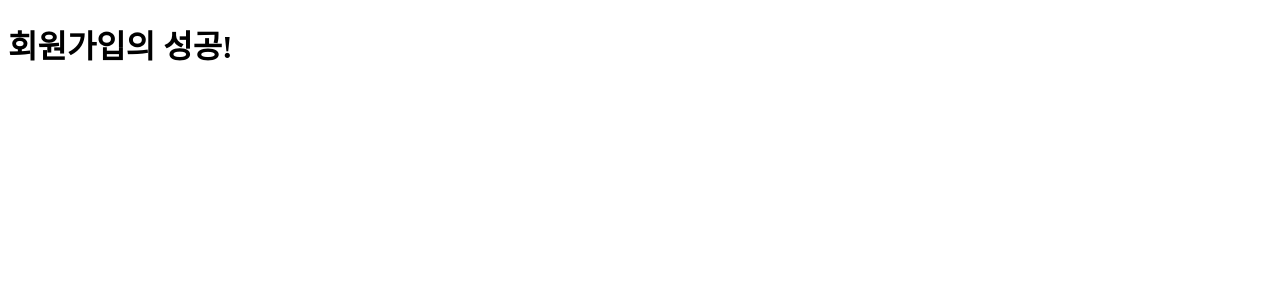
Repository: whdghks9241/Servlet-JSP-Workspace
Page: http://localhost/join/register_success.jsp
The author's editor kept a copy of each file at every save. The page is drawn from the files as they stood at one save, then again after the next save.
The browser window is 1280 px wide. The pictures show the whole page.
The page is served by Tomcat 9. Other server files are loaded and not shown.

Above is the page before, as saved 2023-11-07 02:16:20.

### join/src/main/webapp/register_success.jsp
<%@ page language="java" contentType="text/html; charset=EUC-KR"
    pageEncoding="EUC-KR"%>
<!DOCTYPE html>
<html>
<head>
<meta charset="EUC-KR">
<title>Insert title here</title>
</head>
<body>
<h1>회원가입의 성공!</h1>
</body>
</html>

After the next save:
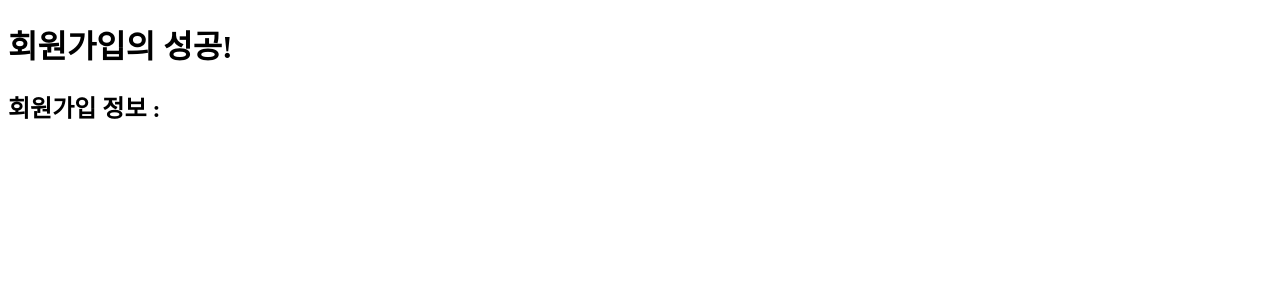
Saved 27 s later.
--- a/join/src/main/webapp/register_success.jsp
+++ b/join/src/main/webapp/register_success.jsp
@@ -8,5 +8,6 @@
 </head>
 <body>
 <h1>회원가입의 성공!</h1>
+<H2> 회원가입 정보 : </H2>
 </body>
 </html>
